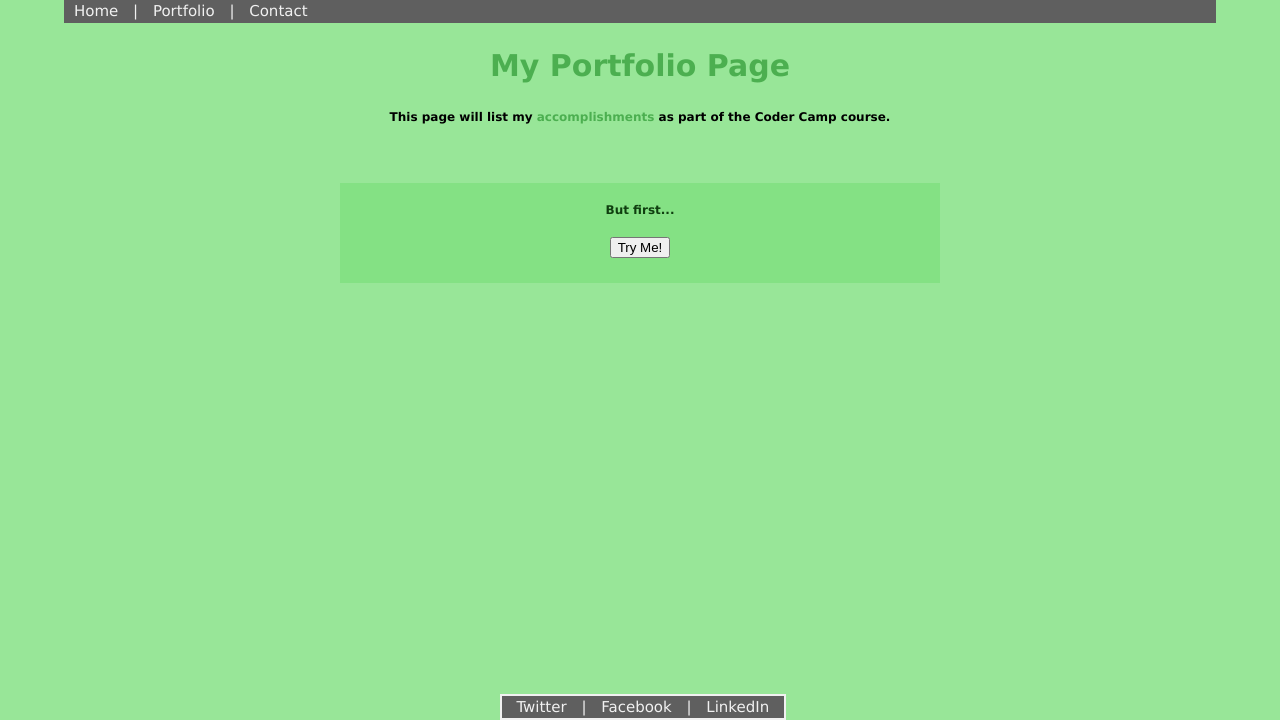
Repository: ischicagoisnotchicago/is-chicago
Page: http://localhost/CC_Personal_Website/portfolio.html
The author's editor kept a copy of each file at every save. The page is drawn from the files as they stood at one save, then again after the next save.
The browser window is 1280 px wide. The pictures show the whole page.
The page is served by Tomcat 9.

Above is the page before, as saved 2017-05-26 01:24:09.

### CC Personal Website/WebContent/portfolio.html
<!DOCTYPE html>
<html>

<head>
<title>David Turner | Portfolio</title>
<link rel="stylesheet" type="text/css" href="style.css">
</head>

<body>
	<!-- Navigation Bar -->
	<nav>
		<a href="index.html">Home </a> | <a href="portfolio.html">Portfolio
		</a> | <a href="contact.html">Contact</a>
	</nav>

	<!-- Header -->
	<header>
		<h1>My Portfolio Page</h1>
		<h4>
			This page will list my <strong>accomplishments</strong> as part of
			the Coder Camp course.
		</h4>
	</header>

	<div id="portfolio">
	<div id="reserved">
		<br>But first...
		<br><br><button onclick="showFeature()" name="button">Try Me!</button></div>
	</div>

	<!-- Footer -->
	<footer>
		<a href="https://twitter.com/theagnessilient">Twitter</a> | <a
			href="https://www.facebook.com/profile.php?id=100004606000131"
		>Facebook</a> | <a href="https://www.linkedin.com/in/davidaturner19/">LinkedIn</a>
	</footer>

	<script src="script.js"></script>
</body>
</html>

### CC Personal Website/WebContent/style.css
/* Required! A background color */
/* Required! Change the font to a different Font-Family */
/* Required! Center all content on Home and Contact pages */
/* Tip! Changing body{height: 100%} will extend the page height making it easier to position content more accurately! */
body {
	font-family: Verdana,sans-serif;
    font-size: 15px;
    line-height: 1.5;
    height: 100%;
    width: 90%;
    background-color: #98e698;
    margin: 0 auto;
    text-align: center;
}

body#contact {
	font-family: "Comic Sans MS", cursive, sans-serif;
    font-size: 15px;
    line-height: 1.5;
    height: 100%;
    width: 90%;
	background-color: #ffe033;
	text-align: center;
}

header {
	height: 140px;
}

section {
	display: block;
	padding: 0 0 40px 0;
}

a {
	text-decoration: none;
}

/* Required! A style navbar */
nav {
	font-family: Verdana,sans-serif;
	color: #f1f1f1;
	background-color: #5f5f5f;
	text-align: left;
}

nav a, footer a {
	padding: 0 10px 0 10px;
}

a:link,
a:visited {
	color: #f1f1f1;
}

/* Required! Style links so when you hover the link, a different color is displayed */
a:hover {
    color: #4CAF50;
    background-color: black;
}

a:active {
    color: #f1f1f1;
}

h1, strong {
	color: #4CAF50;
}

h4 {
	font-size: .8em;
}

p {
	text-align: justify;
	text-indent: 15px;
}

dl {
	height: 380px;
}

dt {
	color: #ccad00;
	font-size: 1.4em;
	text-shadow: 2px 2px 5px white;
	text-align: left;
	border-left: 8px solid #ffdd1a;
	border-bottom: 1px solid #ffdd1a;
}

dd {
	text-align: right;
	font-style: italic;
	font-size: 0.9em;
	color: #0f3e0f;
}

#portfolio {
	height: 410px;
	width: 600px;
	margin: 0 auto 0 auto;
}

#accomplish {
	height: 400px;
}

#showtime {
	position: absolute;
	top: 180px;
	height: 220px;
	width: 600px;
	color: #0f3e0f;
	background-color: #84e184;
}

#reserved {
	height: 100px;
	font-weight: bold;
	font-size: 0.8em;
	color: #0f3e0f;
	background-color: #84e184;
}

#txtresults {
	height: 120px;
	color: #0f3e0f;
	padding: 20px 0 0 0;
	background-color: #84e184;
	border: 2px solid #ffdd1a;
}

.centerimg {
	height: 382px;
	width: 382px;
	margin: 25px auto 30px auto;
}

.itright {
	text-align: right;
	font-style: italic;
	color: #0f3e0f;
	padding-top: 50px;
}

.ftprompt {
    display: block;
    height: 25px;
    padding: 25px;
}

.fprompt {
	float: left;
	margin-left: 50px;
}

.tprompt {
	float: right;
	margin-right: 40px;
}

/* Required! The Contact should have a different color background and a set width of 25% */
.formtbl {
  height: 350px;
  width: 700px;
  margin: 0 auto 0 auto;
  padding: 10px 30px 0 30px;
}

.formside {
	width: 25%;
	float: left;
	background-color: #5f5f5f;
	padding: 10px;
	border: 5px double #0f3e0f;
	margin-left: 10px;
}

.formside input, .formside textarea {
	padding: 2px 0;
	background-color: #b8dc6f;
}

.formside button {
	margin: 0 60px;
	box-shadow: 2px 2px 2px #888888;
}

/* Required! The table needs to have a border and a background color. */
.tableside {
	float : right;
	width: 175px;
	height: 157px;
	color: #f1f1f1;
	padding: 10px;
	background-color: #5f5f5f;
    border: 5px double #0f3e0f;
    margin-right: 10px;
}

.tableside td {
	background-color: #5f5f5f;
	height: 20px;
	border: 5px double #0f3e0f;
	padding: 9px 40px;
}

/* Required! The mailto: with your email should be positioned in the bottom left corner with a border and background color */
.stuckleft {
	display: block;
	position: fixed;
	bottom: 0;
	left: 0;
	width: 97%;
	text-align: left;
	background-color: #5f5f5f;
	border-left: 5px double #f1f1f1;
	border-bottom: 1px solid #f1f1f1;
	border-right: 8px solid #f1f1f1;
}

/* Required! Footer needs to be stuck to the bottom of the page. */
footer {
  position: fixed;
  left: 500px;
  bottom: 0;
  width: 22%;
  color: #f1f1f1;
  background-color: #5f5f5f;
  border: 2px solid #f1f1f1;
}

### CC Personal Website/WebContent/script.js
// Expand punctuation as needed.
var Punctuation = {

  COMMA : ',',
  SPACE : ' ',
  PERIOD : '.',
  QUEST : '?',
  EXC : '!'
}

// Object with report stats to be used in html.
var reportMy = {
  text : "",
  numOfWords : 0,
  numOfSents : 0,
  numOfSpaces : 0,
  aveWordsPerSent : 0
}

// Array objects listing my accomplishments.
var accomplishMy = [
    {
      dt : "Personal Website",
      dd : "This is my first Website created for Coding from Scratch using HTML5 and CSS."
    }, {
      dt : "Portfolio Examples",
      dd : "Simple exercises showing my use of HTML, CSS and Javascript."
    }
];

// Generate reports to entered text.
function reportStats() {

  // Set initial.
  var wordStarted = false;

  // Get text from element with id value.
  reportMy.text = document.getElementById("sample").value;

  // Through the entire text length, check char. Update stats as appropriately.
  for ( i = 0; i < reportMy.text.length; i++) {

    switch ( reportMy.text[i]) {

      // If PERIOD, QUESTION, EXCLAMATIONPT, update number of sentences.
      case Punctuation.PERIOD:
      case Punctuation.QUEST:
      case Punctuation.EXC:
        if ( wordStarted === true) {
          reportMy.numOfSents++;
        }
        // break;

        // If either or COMMA, update number of words,
      case Punctuation.COMMA:
        if ( wordStarted === true) {
          reportMy.numOfWords++;
          wordStarted = false;
        }
        break;

      // If COMMA, update number of spaces.
      case Punctuation.SPACE:
        reportMy.numOfSpaces++;
        if ( wordStarted === true) {
          reportMy.numOfWords++;
          wordStarted = false;
        }
        break;

      // Assumes otherwise we are char in a word.
      default: {
        if ( wordStarted === false) {
          wordStarted = true;
        }
      }
    }
  }

  // Once text length has been reached, update average words per sentence.
  reportMy.aveWordsPerSent = parseInt(reportMy.numOfWords / reportMy.numOfSents);

  // Return reportMy object.
  return reportMy;
}

// Create a portfolio report of accomplishments.
function portlist() {

  var port = document.getElementById("portfolio");
  var showt = document.getElementById("showtime");
  port.removeChild(showt);
  var div = appendElementChild("div", port, "accomplish");
  var dl = appendElementChild("dl", div);

  // Build accomplishment listing.
  if ( accomplishMy !== null) {
    var i = 0;
    do {

      var dt = appendElementChild("dt", dl);
      dt.innerHTML = accomplishMy[i].dt;
      var dd = appendElementChild("dd", dl);
      dd.innerHTML = accomplishMy[i].dd;
      appendBreakChild(2, dl);
      i++;

    } while ( i < accomplishMy.length);

  }

  return true;
}

// Create a page with the textreader exercise.
function textreader() {

  // Replace "reserved" report with feature exercise.
  var port = document.getElementById("portfolio");
  var reserved = document.getElementById("reserved");
  port.removeChild(reserved);
  var div = appendElementChild("div", port, "showtime");
  var prompt1 = "First, a simple exercise. Type complete sentences "
      + "in the text area provided then press SUBMIT. I will report "
      + "statistics related to your submission. Cool? ";
  appendTextChild(prompt1, div, "h4");
  var prompt2 = "Text Reader and Statistics";
  var txta = appendElementChild("textarea", div, "sample");
  txta.setAttribute("name", "textReader");
  txta.setAttribute("rows", "5");
  txta.setAttribute("cols", "30");
  appendBreakChild(2, div);

  // Create button to move to next results page.
  var button1 = appendElementChild("button", div, "button1id");
  button1.innerHTML = "Submit";
  button1.setAttribute("name", "button1");
  button1.setAttribute("onClick", "txtrresults()");

  return true;
}

// Create a page of textreader results.
function txtrresults() {

  // First, run reportStats and generate the ReportMy stats to be used.
  reportStats();

  // Then setup report using ReportMy data.
  var prompt1 = "I detect you had entered " + reportMy.numOfSents
      + " sentence(s), consisting of " + reportMy.numOfWords + " words and "
      + reportMy.numOfSpaces
      + " spaces. The average words per sentence therefore is "
      + reportMy.aveWordsPerSent + ". Thanks for playing!";
  var noenter = "I detect you have not entered words in the text area. Ok then.";

  // Create noenter if no words detected in text area.
  if ( reportMy.numOfWords === 0) {
    prompt1 = noenter;
  }

  // If word are detected, create page report.
  var showt = document.getElementById("showtime");
  var button1 = document.getElementById("button1id");
  showt.removeChild(button1);

  var port = document.getElementById("portfolio");
  var div = appendElementChild("div", showt, "txtresults");
  appendTextChild(prompt1, div, "h4");

  var button2 = appendElementChild("button", div, "button2id");
  button2.innerHTML = "Done!";
  button2.setAttribute("name", "button2");
  button2.setAttribute("onClick", "portlist()");
  return;
}

// Replace with whatever exercise you want to display. For now, TextReader().
function showFeature() {

  textreader();
}

// Append text as a child node (w element).
function appendTextChild(text, node, element, idname) {

  // Check input.
  if ( text === undefined || text === null || node === undefined
      || node === null || element === undefined || element === null) {
    return null;
  }

  // Create styled text node.
  var txt = document.createTextNode(text);
  var el = _createel(element, idname);
  el.appendChild(txt);
  node.appendChild(el);

  return el;
}

// Append xtimes of break(s) as child node(s) to node.
function appendBreakChild(xtimes, node) {

  // Check input.
  if ( xtimes === undefined || xtimes === null || node === undefined
      || node === null) {
    return null;
  }

  var i = 0;
  // Create xtimes number of breaks.
  do {

    node.appendChild(document.createElement("br"));
    i++;

  } while ( i < xtimes);

  return true;
}

// Create child node of element with optional idname. You need idname if you
// want to remove later.
function appendElementChild(element, node, idname) {

  if ( element === undefined || element === null || node === undefined
      || node === null) {
    return null;
  }

  var el = _createel(element, idname);
  node.appendChild(el);

  return el;
}

function _createel(element, idname) {

  // Check input.
  if ( element === null) {
    return;
  }

  // Create element with optional id.
  var el = document.createElement(element);
  if ( idname !== undefined && idname !== null) {

    el.setAttribute("id", idname);
  }

  return el;
}

After the next save:
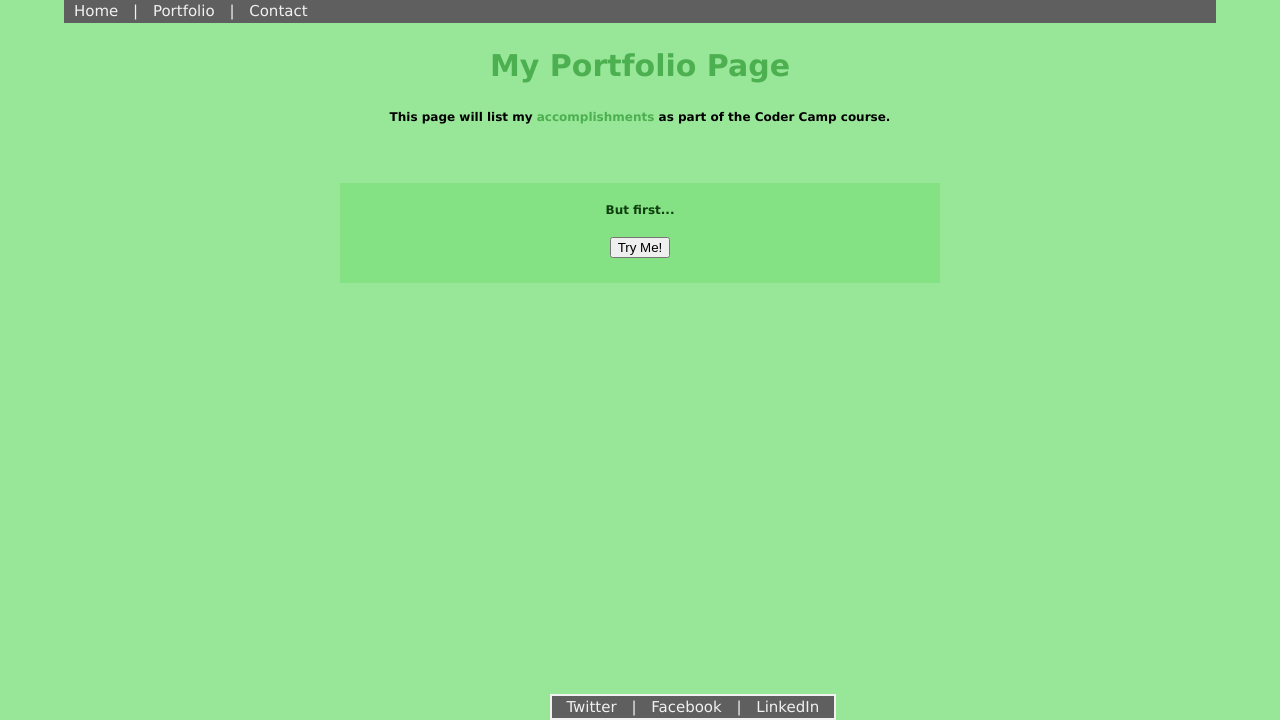
Saved 28 s later.
--- a/CC Personal Website/WebContent/style.css
+++ b/CC Personal Website/WebContent/style.css
@@ -223,7 +223,7 @@ dd {
 /* Required! Footer needs to be stuck to the bottom of the page. */
 footer {
   position: fixed;
-  left: 500px;
+  left: 550px;
   bottom: 0;
   width: 22%;
   color: #f1f1f1;
